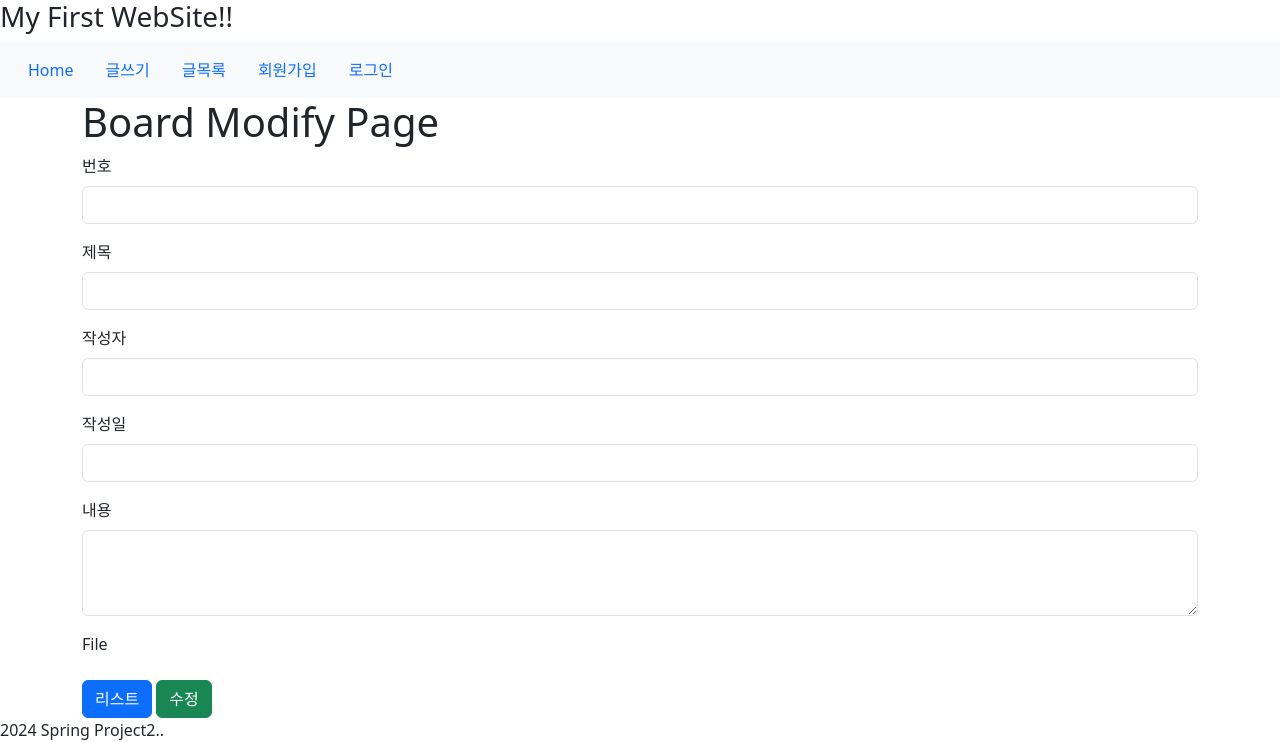
Repository: nefer2/Spring_Study
Page: http://localhost/spring_test2/WEB-INF/views/board/modify.jsp
These files come from the project's save history. The page is drawn as it stood at one moment and after the next save; the edit follows.
The browser window is 1280 px wide. The pictures show the whole page.
The page is served by Tomcat 9. Nobody is signed in. The template is opened directly, without the code that normally fills it, so the values that code supplies are empty.

Above is the page before, as saved 2024-01-11 02:19:24.

After the next save:
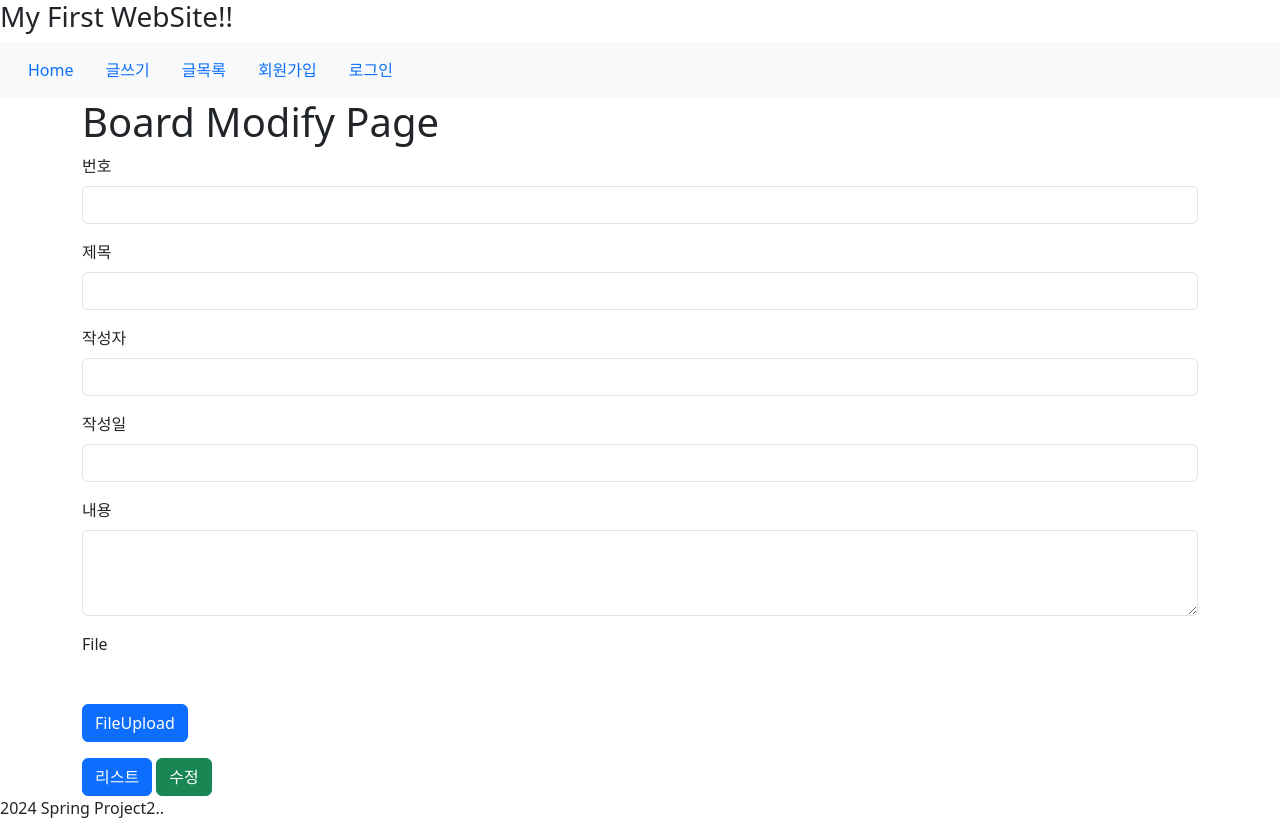
Saved 92 min 52 s later.
--- a/spring_test2/src/main/webapp/WEB-INF/views/board/modify.jsp
+++ b/spring_test2/src/main/webapp/WEB-INF/views/board/modify.jsp
@@ -68,6 +68,17 @@
 	</ul>
 
 	</div>
+<!-- file 입력 라인 추가 -->
+      <div class="mb-3">
+         <input type="file" class="form-control" name="files" id="files" multiple="multiple" style="display: none"> <br>
+         <!-- 파일 버튼 트리거 사용하기 위해서 주는 버튼 -->
+         <button type="button" class="btn btn-primary" id="trigger">FileUpload</button>
+      </div>
+      <!-- 파일 목록 표시라인 -->
+      <div class="mb-3" id="fileZone">
+
+      </div>
+
 
 <a href="/board/list"><button type="button" class="btn btn-primary"> 리스트 </button></a>
 <button type="submit" class="btn btn-success" id="regBtn"> 수정 </button>
